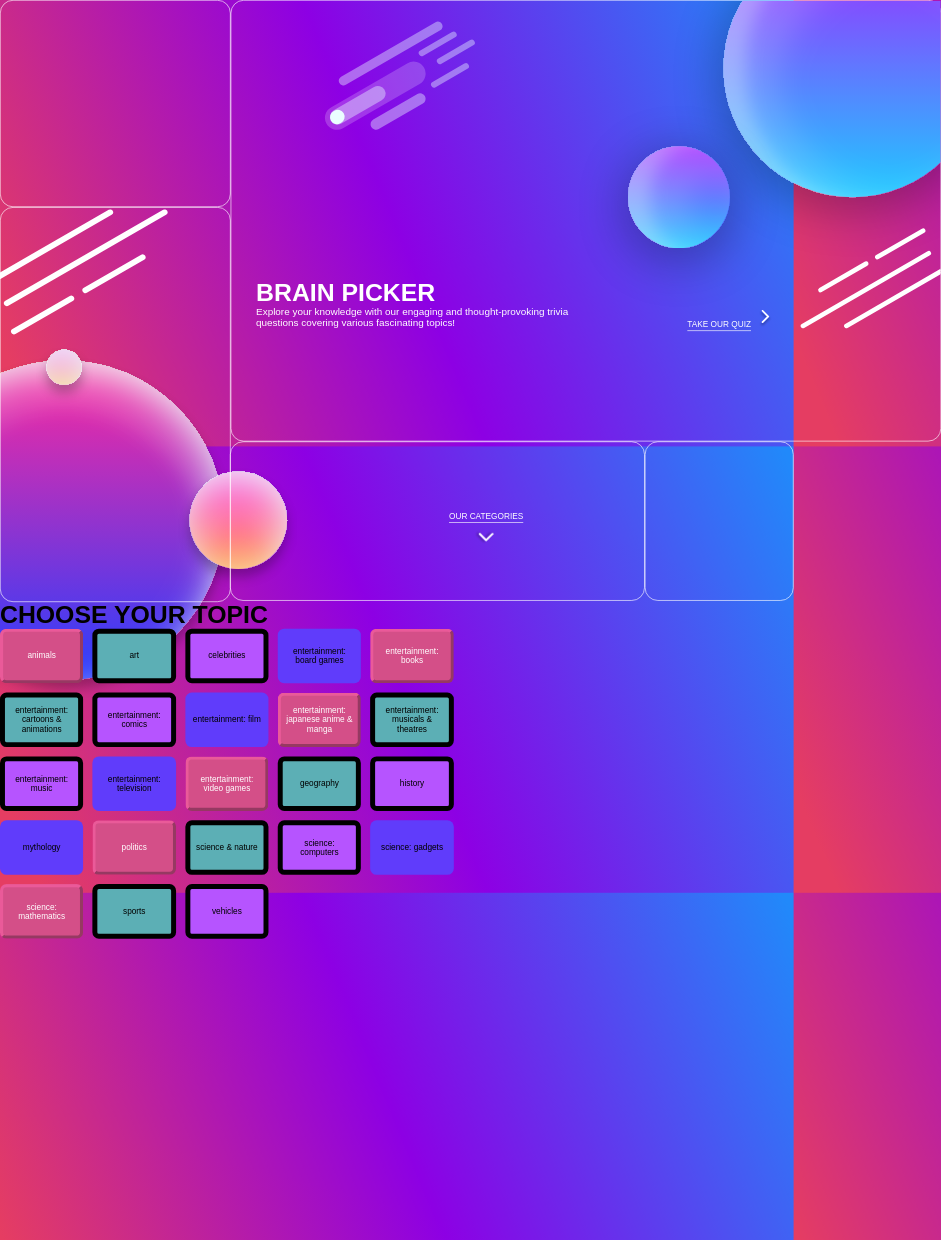
Repository: pjiang604/COMP-2170_Final-Project
Page: index.html
These files come from the project's save history. The page is drawn as it stood at one moment and after the next save; the edit follows.
The browser window is 1280 px wide. The page is 1518 px wide, so the pictures cover 1518 px, including what lies to the right of the window. The pictures show the whole page, at 62% of full size.
Backgrounds fixed to the window are drawn as part of the page.

Above is the page before, as saved 2023-04-30 12:54:57.

After the next save:
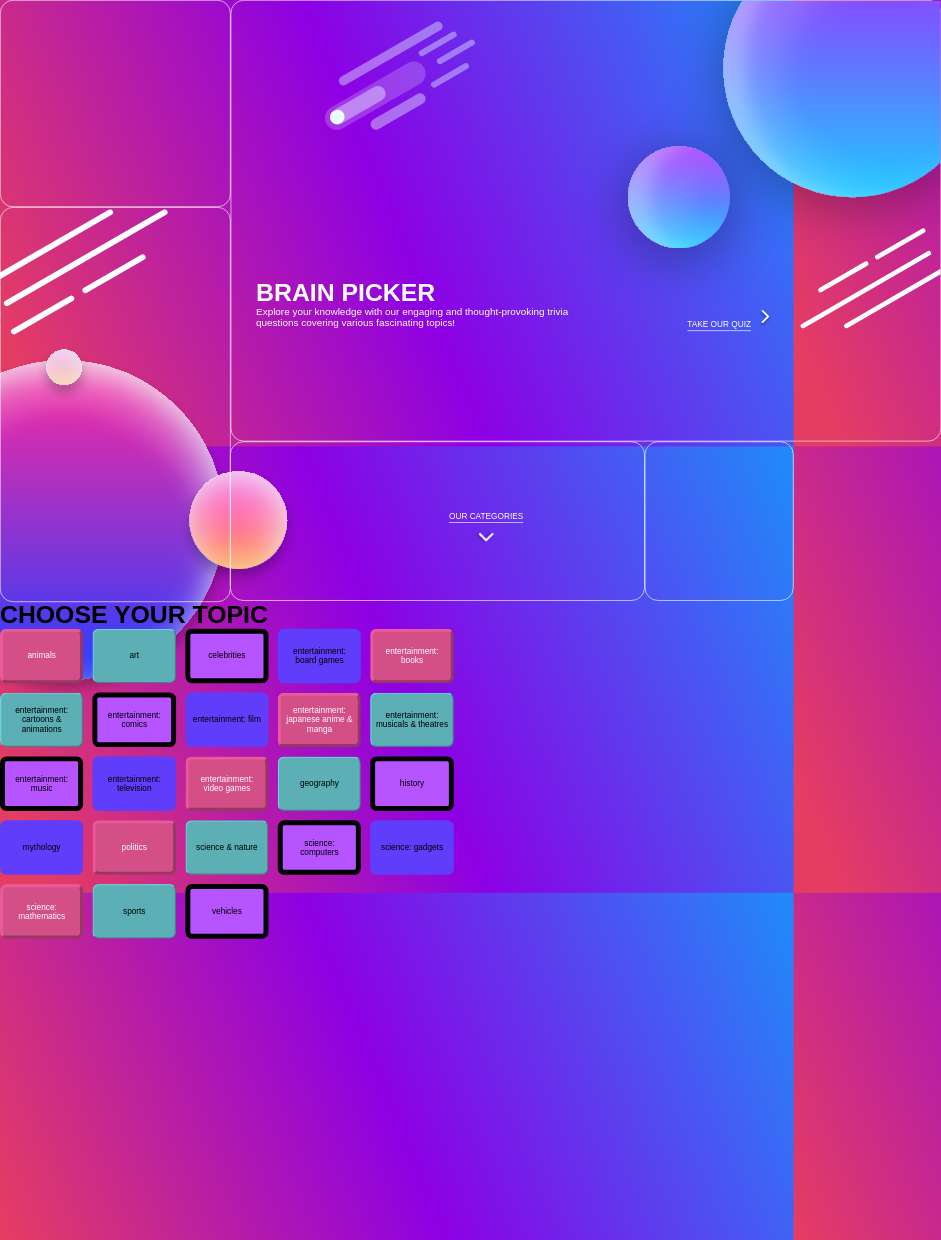
Saved 33 s later.
--- a/style.css
+++ b/style.css
@@ -203,7 +203,7 @@ body {
 	height: 5.5rem;
 	background-color: #5CAFB5;
 	border-radius: 0.656rem;
-	border: .5rem solid ;
+	border-color: #6ad3db;
 }
 .topic_button3{
 	width: 8.4rem;
